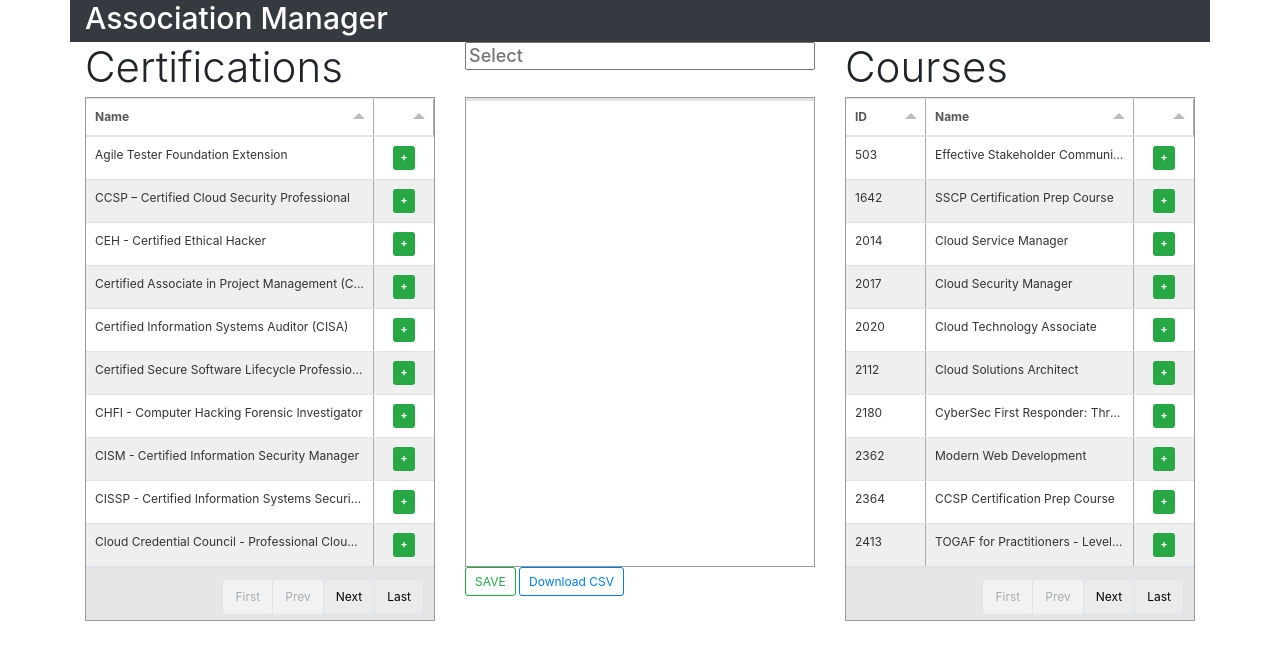
Repository: t1s1/pathfinder2
Page: index.html
The author's editor kept a record of every edit. The page is drawn from the files as they stood at one moment, then again after the next edit.
The browser window is 1280 px wide. The pictures show the whole page.

Above is the page before.

After the next edit:
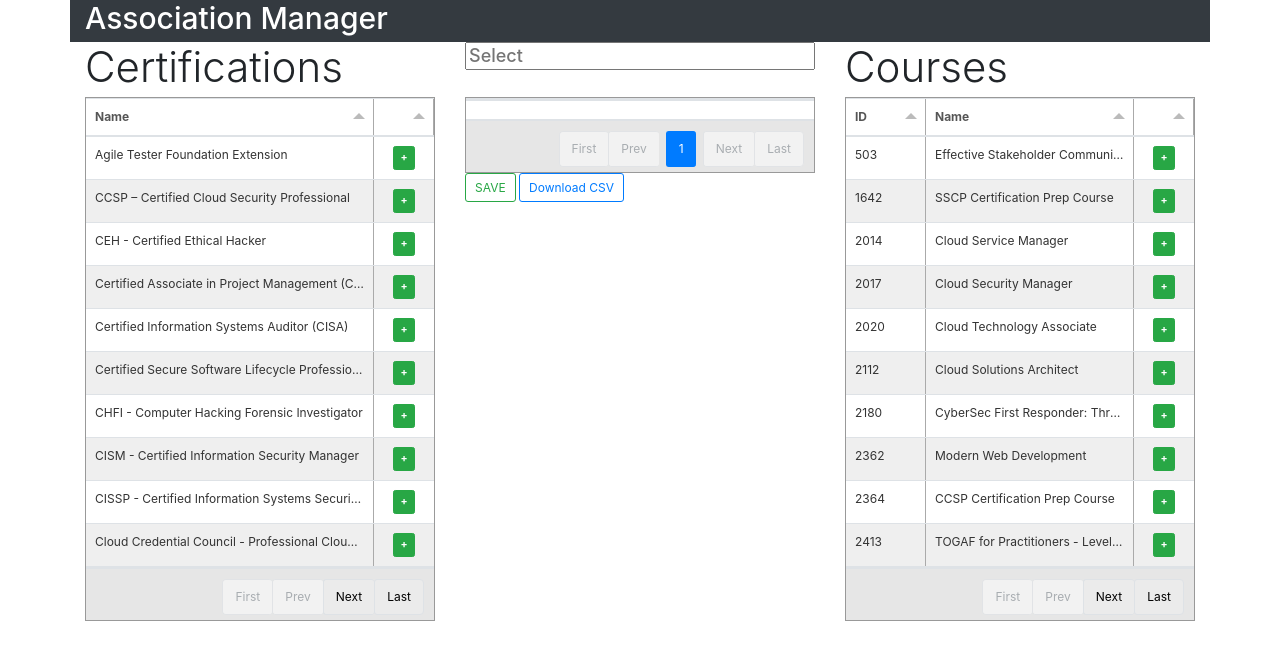
The edit:
--- a/pathfinder.js
+++ b/pathfinder.js
@@ -145,7 +145,8 @@
     // show filtered version of table
   assocTable = new Tabulator("#"+assocTableName, {
     layout:"fitColumns",
-    height: tableHeight-30
+    pagination: "local",
+    paginationSize: 10,
   });
 }
 
